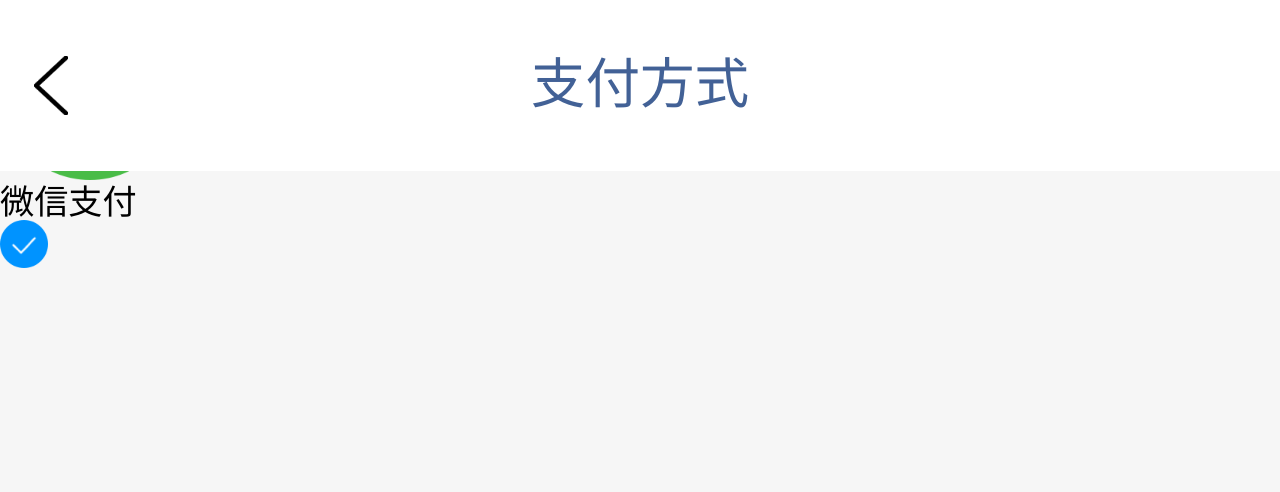
Repository: 421538074/sell
Page: consumer/pay-way.html
An editor plug-in stored every save of this project. The page is shown before and after the next save, followed by the edit.
The browser window is 1280 px wide. The pictures show the whole page.

Above is the page before, as saved 2019-05-31 14:45:44.

### consumer/pay-way.html
<!DOCTYPE html>
<html lang="en">

<head>
    <meta charset="UTF-8">
    <meta name="viewport" content="width=device-width, initial-scale=1.0">
    <meta http-equiv="X-UA-Compatible" content="ie=edge">
    <title>支付方式</title>
    <link rel="stylesheet" href="../css/base.css">
    <link rel="stylesheet" href="css/common.css">
</head>

<body>
    <div id="app" class="content">
        <nav @click="back" class="nav-bar-wrapper">
            <img src="../img/back.png" class="back-icon">
            <p class="nav-bar-title">支付方式</p>
        </nav>
        <div class="pay-way-wrapper">
            <div class="pay-way-item">
                <img src="../img/wechat.png" class="pay-way-icon">
                <p class="pay-way-name">微信支付</p>
                <img src="../img/checked.png" class="pay-way-checked">
            </div>
        </div>
    </div>
    <script src="../js/api.js"></script>
    <script src="../js/jquery.min.js"></script>
    <script src="../js/vue.js"></script>
    <script src="js/vue-mixin.js"></script>
</body>

</html>

### css/base.css
/* http://meyerweb.com/eric/tools/css/reset/
   v2.0 | 20110126
   License: none (public domain)
*/

html,
body,
div,
span,
applet,
object,
iframe,
h1,
h2,
h3,
h4,
h5,
h6,
p,
blockquote,
pre,
a,
abbr,
acronym,
address,
big,
cite,
code,
del,
dfn,
em,
img,
ins,
kbd,
q,
s,
samp,
small,
strike,
strong,
sub,
sup,
tt,
var,
b,
u,
i,
center,
dl,
dt,
dd,
ol,
ul,
li,
fieldset,
form,
label,
legend,
table,
caption,
tbody,
tfoot,
thead,
tr,
th,
td,
article,
aside,
canvas,
details,
embed,
figure,
figcaption,
footer,
header,
hgroup,
menu,
nav,
output,
ruby,
section,
summary,
time,
mark,
audio,
video {
    margin: 0;
    padding: 0;
    border: 0;
    font-size: 100%;
    font: inherit;
    vertical-align: baseline;
}

/* HTML5 display-role reset for older browsers */
article,
aside,
details,
figcaption,
figure,
footer,
header,
hgroup,
menu,
nav,
section {
    display: block;
}

body {
    line-height: 1;
}

ol,
ul {
    list-style: none;
}

blockquote,
q {
    quotes: none;
}

blockquote:before,
blockquote:after,
q:before,
q:after {
    content: '';
    content: none;
}

table {
    border-collapse: collapse;
    border-spacing: 0;
}


body,
html {
    font-size: calc(100vw / 37.5) !important;
    font-family: PingFangSC-Medium;
    background: #F2F2F2;
}


[v-cloak] {
    display: none;
}


hr {
    margin: 0;
    padding: 0;
}

.clearfix {
    zoom: 1;
}

.clearfix:after {
    content: ".";
    display: block;
    visibility: hidden;
    height: 0;
    clear: both;
}

[v-cloak] {
    display: none;
}

### consumer/css/common.css
*{
    box-sizing: border-box;
}
html,body{
    background: #f6f6f6;
}
html,body,div.content{
    height: 100%;
}
/*底部菜单栏*/
nav.tool-bar-wrapper {
    height: 5rem;
    background: #ffffff;
    display: flex;
    align-items: center;
    justify-content: space-around;
}
a.nav-item {
    color: #888888;
    text-decoration: none;
    font-size: 1.5rem;
    display: flex;
    flex-direction: column;
    align-items: center;
    justify-content: space-around;
    height: 90%;
}
a.nav-item.active{
    color: #0093FF;
}
img.nav-item-icon{
    width: 1.5rem;
    height: 1.5rem;
}
.ellipsis{
    overflow: hidden;
    white-space: nowrap;
    text-overflow: ellipsis;
}
/*顶部返回栏 */
nav.nav-bar-wrapper {
    background: #FFFFFF;
    height: 5rem;
    display: flex;
    align-items: center;
    justify-content: space-around;
    position: fixed;
    width: 100%;
    top: 0;
    z-index: 2;
    font-size: 1.6rem;
    color: #426196;
}
img.back-icon {
    position: absolute;
    width: 1rem;
    left: 1rem;
}

### js/api.js
function getUrlKey(name) {
    return decodeURIComponent((new RegExp('[?|&]' + name + '=' + '([^&;]+?)(&|#|;|$)').exec(location.href) || [, ""])[1].replace(/\+/g, '%20')) || null;
}


// window.warn = {
//     alert: function alert(msg) {
//         var template = `
// `
//         $('body').append(template);
//         $('.alert-body').animate({
//             top: "40px"
//         }, 200);
//         // setTimeout(function () {
//         //     warn.close();
//         // }, 1500);
//     },
//     close: function close() {
//         $('.alert-body').animate({
//             top: "-280px"
//         }, 200);
//         setTimeout(function () {
//             $('#alert-msg').remove();
//         }, 200);
//     }
// };

### consumer/js/vue-mixin.js
Vue.mixin({
    methods: {
        /**
         * 返回
         */
        back() {
            history.go(-1);
        },
        /**
         * 限制长度
         * @param {String} 要限制长度的字段
         * @param {Number} 长度
         */
        limitLength(key, length) {
            this[key] = this[key].substring(0, length);
        },
        /**
         * 验证11位手机号
         * @param {Number} phone
         */
        validatePhone(phone) {
            const phoneReg = /^[1-9][0-9]{9}[0-9]$/;
            return phoneReg.test(phone);
        },
        /**
         * 发送手机验证码
         * @param {Number} waitTimeKey 等待时间键名
         * @param {String} tipsKey 发送验证码显示的信息的键名
         * @param {String} phoneKey 手机号键名
         * @param {String} reSendMsg  按钮默认显示的文字
         */
        sendCode(waitTimeKey, tipsKey, phoneKey, defaultMsg) {
            if (!this.validatePhone(this[phoneKey])) {
                alert('无效手机号!');
                return;
            }
            if (this[waitTimeKey] == 60) {
                $.post('', {
                        phone: this[phoneKey]
                    }, (res) => {
                        if (res.status == 1) {
                            const interval = setInterval(() => {
                                if (this[waitTimeKey] == 1) {
                                    this[waitTimeKey] = 60;
                                    this[tipsKey] = defaultMsg;
                                    clearInterval(interval);
                                    return;
                                }
                                this[waitTimeKey] -= 1;
                                this[tipsKey] = `${this[waitTimeKey]}s`;
                            }, 1000);
                        } else {
                            alert('发送失败!');
                        }
                    }, 'json')
                    .fail(err => {
                        alert('服务器异常!');
                    });
            }
        },
        /**
         * 链接跳转
         * @param {String} url
         */
        linkTo(url) {
            window.location.href = url;
        }
    },
    filters: {

    }
})

Loaded but not shown: js/jquery.min.js (library); js/vue.js (library)

After the next save:
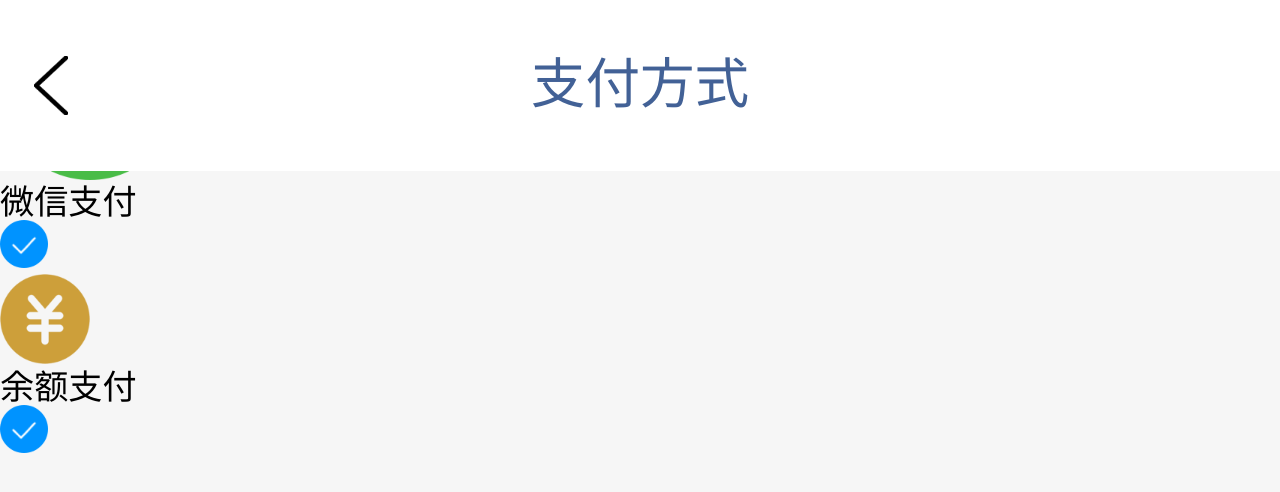
Saved 20 s later.
--- a/consumer/pay-way.html
+++ b/consumer/pay-way.html
@@ -22,6 +22,11 @@
                 <p class="pay-way-name">微信支付</p>
                 <img src="../img/checked.png" class="pay-way-checked">
             </div>
+            <div class="pay-way-item">
+                <img src="../img/money.png" class="pay-way-icon">
+                <p class="pay-way-name">余额支付</p>
+                <img src="../img/checked.png" class="pay-way-checked">
+            </div>
         </div>
     </div>
     <script src="../js/api.js"></script>
